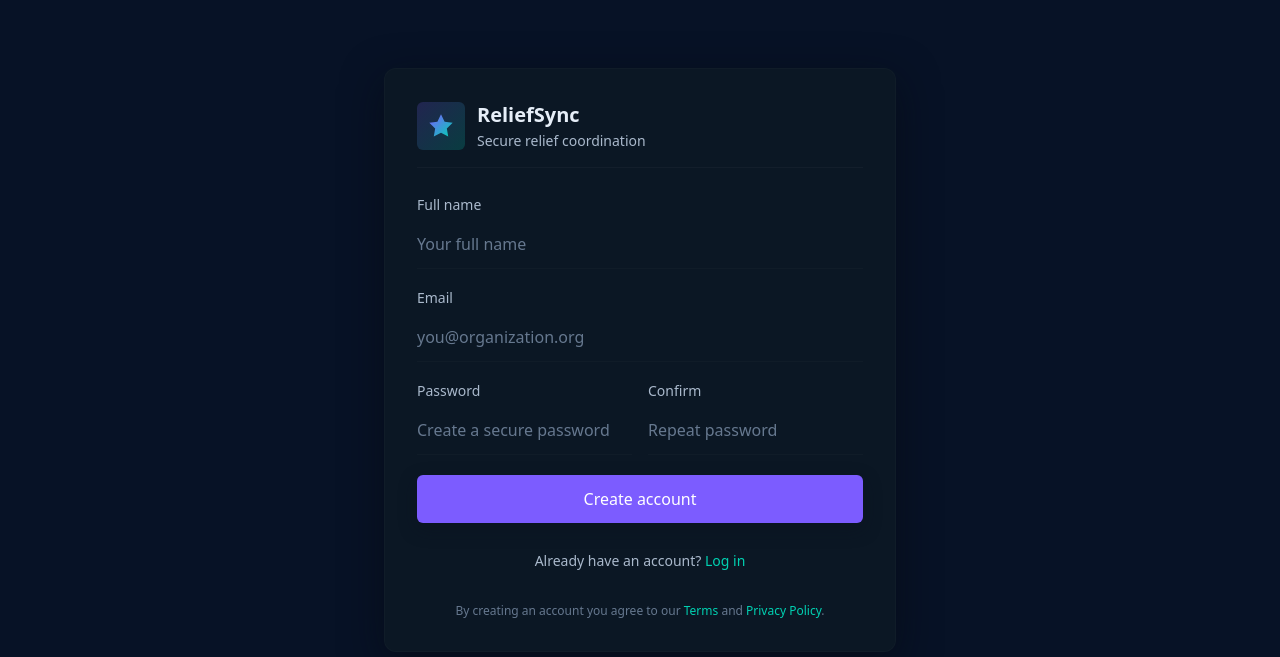
Repository: Gazal1116/Reliefsync
Page: / (app in Frontend/)
An editor plug-in stored every save of this project. The page is shown before and after the next save, followed by the edit.
The browser window is 1280 px wide. The pictures show the whole page.
The project was rebuilt for these pictures with package versions that can differ from the ones it lists, and the page was loaded fresh each time. Also part of the build but not shown: Frontend/vite.config.js.

Above is the page before, as saved 2026-03-02 22:18:21.

After the next save:
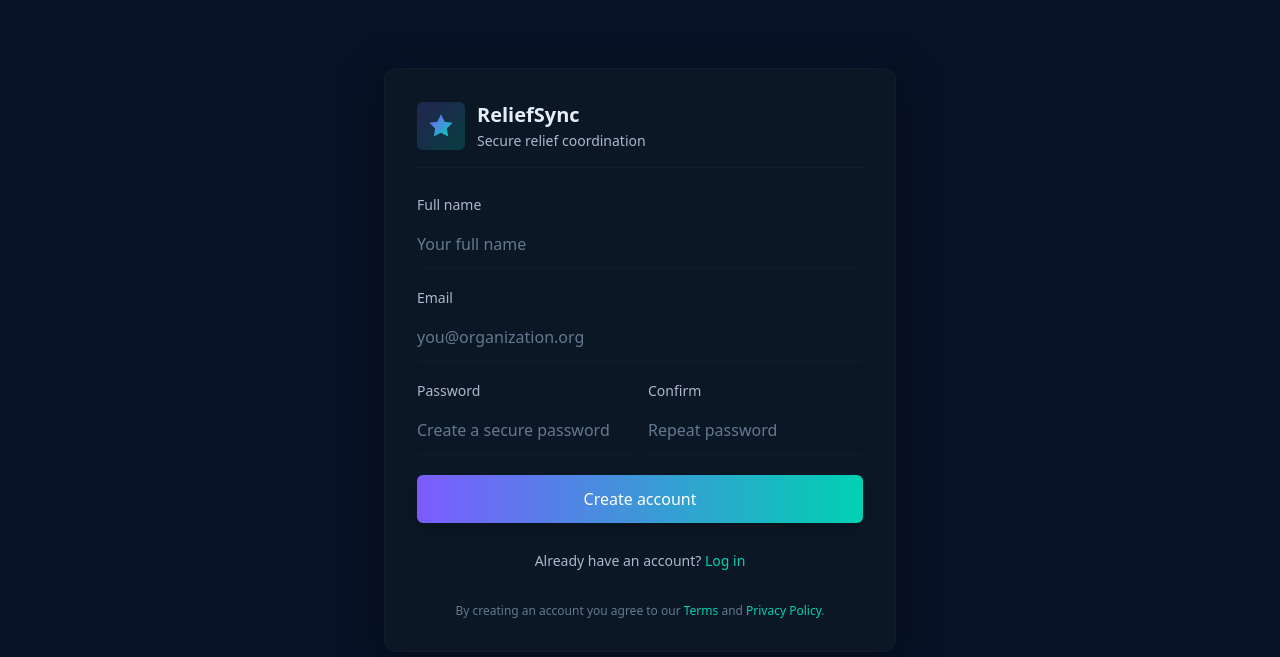
Saved 43 s later.
--- a/Frontend/src/components/register.jsx
+++ b/Frontend/src/components/register.jsx
@@ -116,27 +116,24 @@ export default function Register() {
 						</div>
 
 						{error && (
-							<div role="alert" className="text-sm" style={{ color: 'var(--error)' }}>
-								{error}
-							</div>
+							<div role="alert" className="text-sm text-red-400">{error}</div>
 						)}
 
 						<button
 							type="submit"
-							className="w-full py-3 rounded-md mt-1 flex items-center justify-center gap-2"
-							style={{ backgroundColor: 'var(--primary)', color: 'var(--primary-fg)', boxShadow: '0 6px 18px rgba(12,17,31,0.45)', transition: 'transform .12s ease' }}
+							className="w-full py-3 rounded-md mt-1 flex items-center justify-center gap-2 bg-gradient-to-r from-primary to-accent text-white shadow-lg transform transition-transform hover:-translate-y-0.5 disabled:opacity-70"
 							disabled={loading}
 							aria-busy={loading}
 						>
 							<span className="font-medium">{loading ? 'Creating account…' : 'Create account'}</span>
 						</button>
 
-						<div className="text-center text-sm mt-3" style={{ color: 'var(--text-mid)' }}>
-							Already have an account? <a href="/login" className="link-accent font-medium" style={{ color: 'var(--accent)' }}>Log in</a>
+						<div className="text-center text-sm mt-3 text-text-mid">
+							Already have an account? <a href="/login" className="font-medium text-accent">Log in</a>
 						</div>
 
-						<p className="text-xs text-center mt-4" style={{ color: 'var(--text-low)' }}>
-							By creating an account you agree to our <a href="#" className="link-accent">Terms</a> and <a href="#" className="link-accent">Privacy Policy</a>.
+						<p className="text-xs text-center mt-4 text-text-low">
+							By creating an account you agree to our <a href="#" className="text-accent">Terms</a> and <a href="#" className="text-accent">Privacy Policy</a>.
 						</p>
 					</div>
 				</form>
